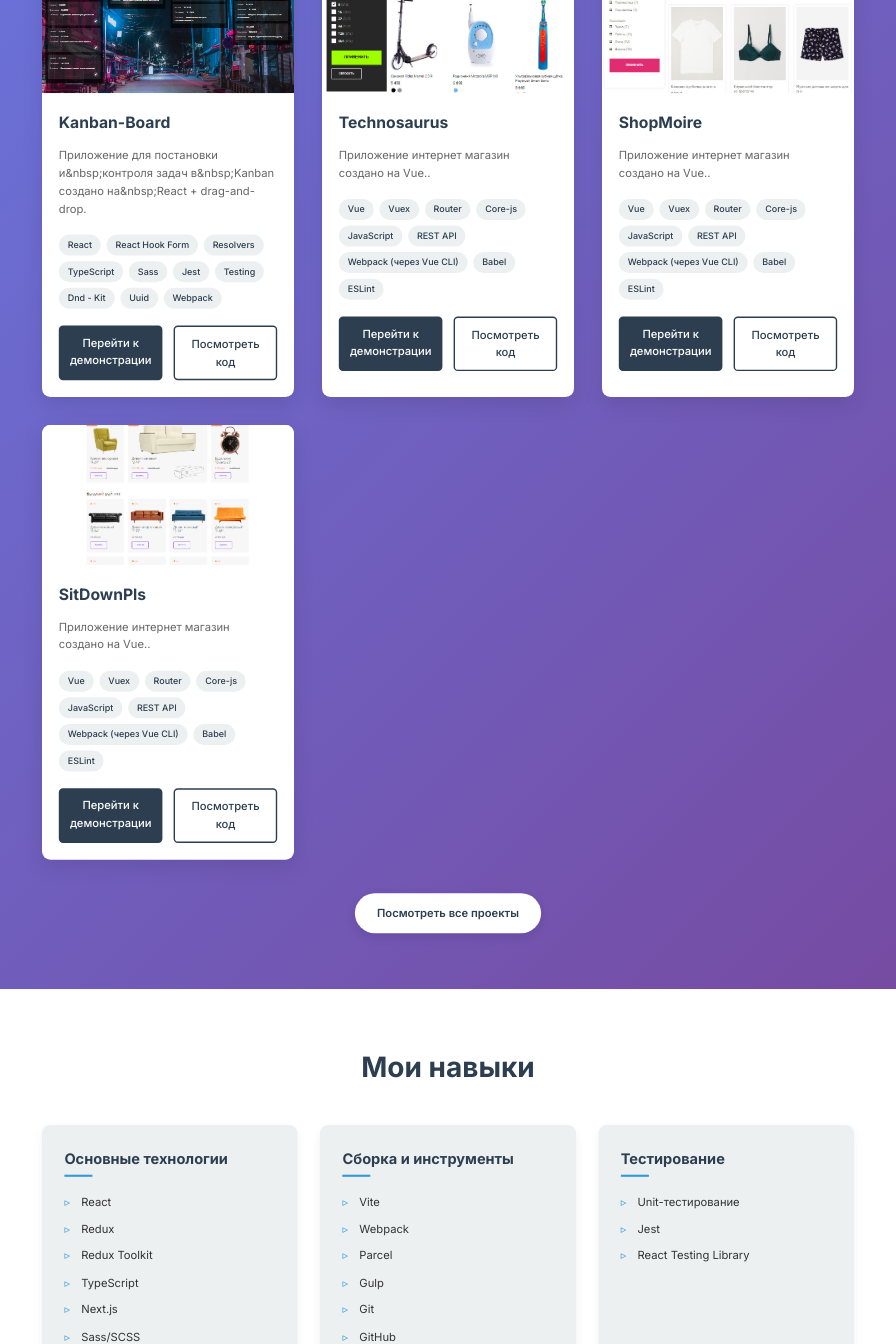
Repository: RostislavZeberg/resume-app
Page: /
An editor plug-in stored every save of this project. The page is shown before and after the next save, followed by the edit.
The browser window is 1280 px wide. The pictures show the part of the page from y = 1033 to 2953 px (the page is 5003 px tall before and 5028 px after), at 70% of full size.
The project was rebuilt for these pictures with package versions that can differ from the ones it lists, and the page was loaded fresh each time. The framework's server and built-in components were replaced by stand-ins that run in the browser. Also part of the build but not shown: next.config.ts.

Above is the page before, as saved 2025-09-18 19:18:08.

After the next save:
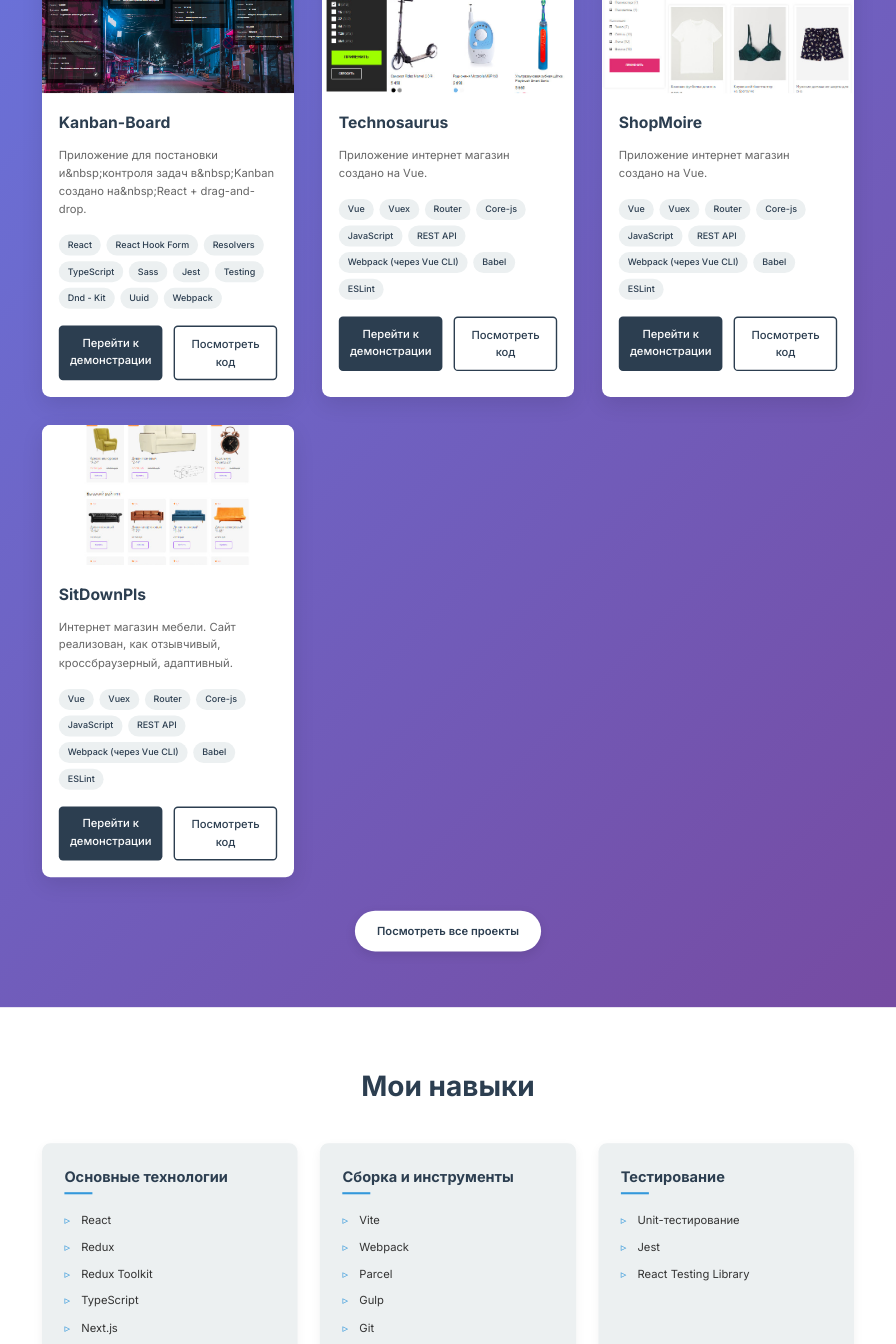
Saved 42 s later.
--- a/info/projects.ts
+++ b/info/projects.ts
@@ -30,21 +30,21 @@ export const projects = [
   },
   {
     name: 'Technosaurus',
-    description: 'Приложение интернет магазин создано на Vue..',
+    description: 'Приложение интернет магазин создано на Vue.',
     demoLink: 'https://rostislavzeberg.github.io/Technosaurus/#/',
     codeLink: 'https://github.com/RostislavZeberg/Technosaurus',
     technologies: ['Vue', 'Vuex', 'Router', 'Core-js', 'JavaScript', 'REST API', 'Webpack (через Vue CLI)', 'Babel', 'ESLint']
   },
   {
     name: 'ShopMoire',
-    description: 'Приложение интернет магазин создано на Vue..',
+    description: 'Приложение интернет магазин создано на Vue.',
     demoLink: 'https://rostislavzeberg.github.io/ShopMoire/#/',
     codeLink: 'https://github.com/RostislavZeberg/ShopMoire',
     technologies: ['Vue', 'Vuex', 'Router', 'Core-js', 'JavaScript', 'REST API', 'Webpack (через Vue CLI)', 'Babel', 'ESLint']
   },
   {
     name: 'SitDownPls',
-    description: 'Приложение интернет магазин создано на Vue..',
+    description: 'Интернет магазин мебели. Сайт реализован, как отзывчивый, кроссбраузерный, адаптивный.',
     demoLink: 'https://rostislavzeberg.github.io/store-SitDownPls/',
     codeLink: 'https://github.com/RostislavZeberg/store-SitDownPls',
     technologies: ['Vue', 'Vuex', 'Router', 'Core-js', 'JavaScript', 'REST API', 'Webpack (через Vue CLI)', 'Babel', 'ESLint']
